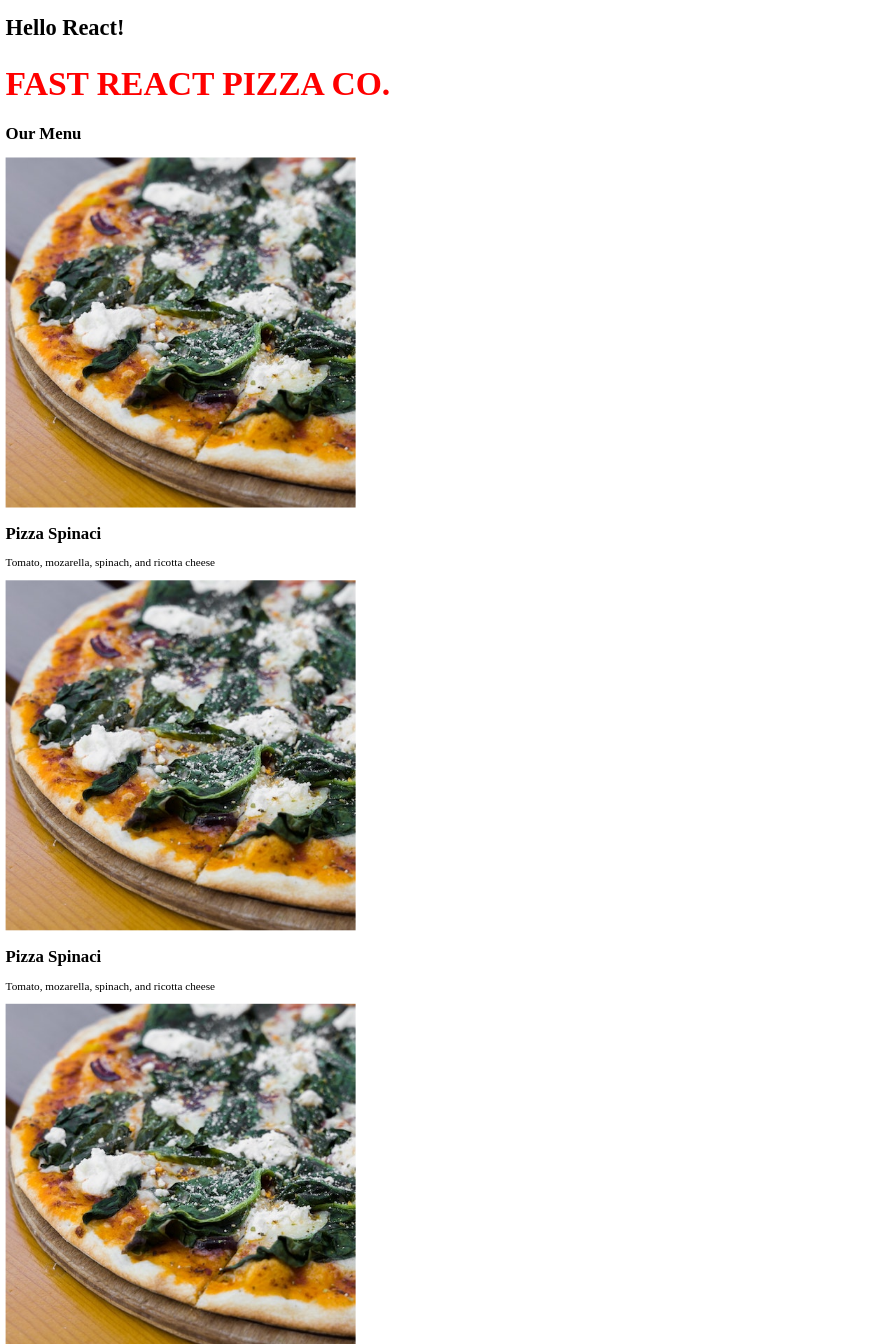
Repository: Alphosmart/03_pizza-menu
Page: /
An editor plug-in stored every save of this project. The page is shown before and after the next save, followed by the edit.
The browser window is 1280 px wide. The pictures show the part of the page from y = 0 to 1920 px (the page is 2670 px tall before and 2374 px after), at 70% of full size.
The project was rebuilt for these pictures with package versions that can differ from the ones it lists, and the page was loaded fresh each time.

Above is the page before, as saved 2024-05-27 19:17:02.

After the next save:
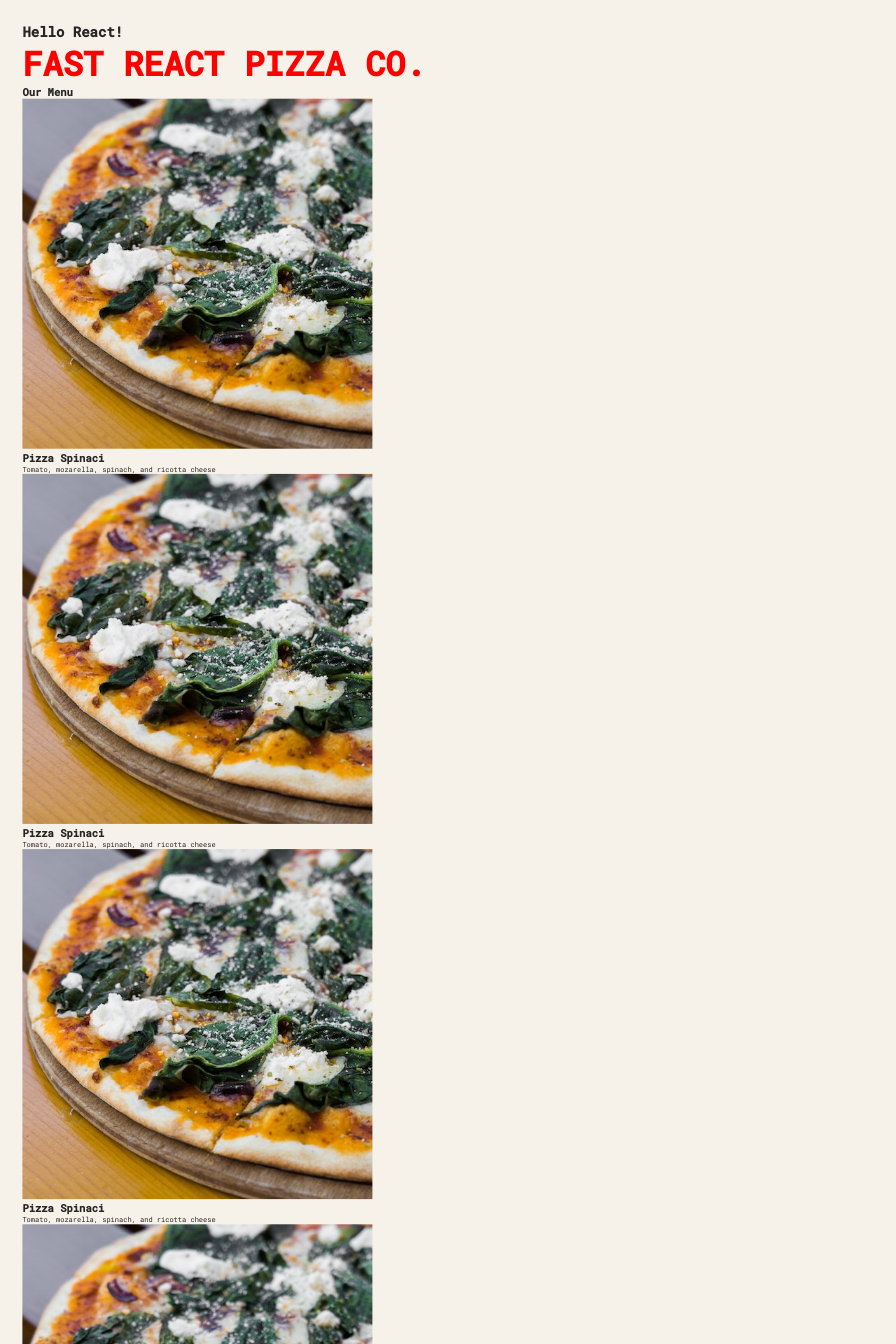
Saved 119 s later.
--- a/src/index.js
+++ b/src/index.js
@@ -1,5 +1,6 @@
 import React from "react";
 import ReactDOM from "react-dom/client";
+import "./index.css";
 
 const pizzaData = [
   {
